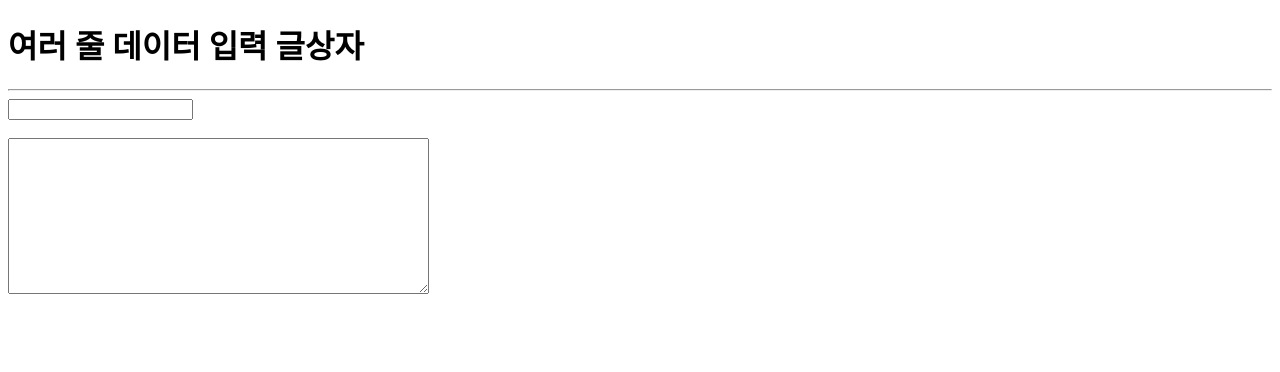
Repository: jp0301/WebStudy
Page: WebApp01/WebContent/Test021.html
These files come from the project's save history. The page is drawn as it stood at one moment and after the next save; the edit follows.
The browser window is 1280 px wide. The pictures show the whole page.

Above is the page before, as saved 2022-09-27 05:43:04.

### WebApp01/WebContent/Test021.html
<!DOCTYPE html>
<html>
<head>
<meta charset="UTF-8">
<title>Test021.html</title>
</head>

<body>
	<div>
		<h1>여러 줄 데이터 입력 글상자</h1>
		<hr>
	</div>

	<div>
		<form>
			<input type="text"><br><br>
			<textarea rows="10" cols="50"></textarea>
		</form>
	</div>

</body>

</html>

After the next save:
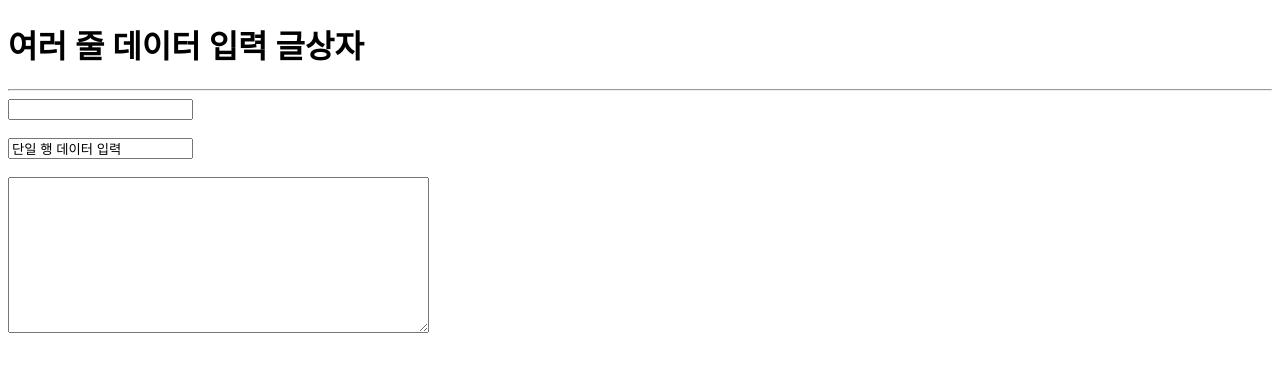
Saved 32 s later.
--- a/WebApp01/WebContent/Test021.html
+++ b/WebApp01/WebContent/Test021.html
@@ -14,6 +14,8 @@
 	<div>
 		<form>
 			<input type="text"><br><br>
+			<input type="text" value="단일 행 데이터 입력"><br><br>
+
 			<textarea rows="10" cols="50"></textarea>
 		</form>
 	</div>
